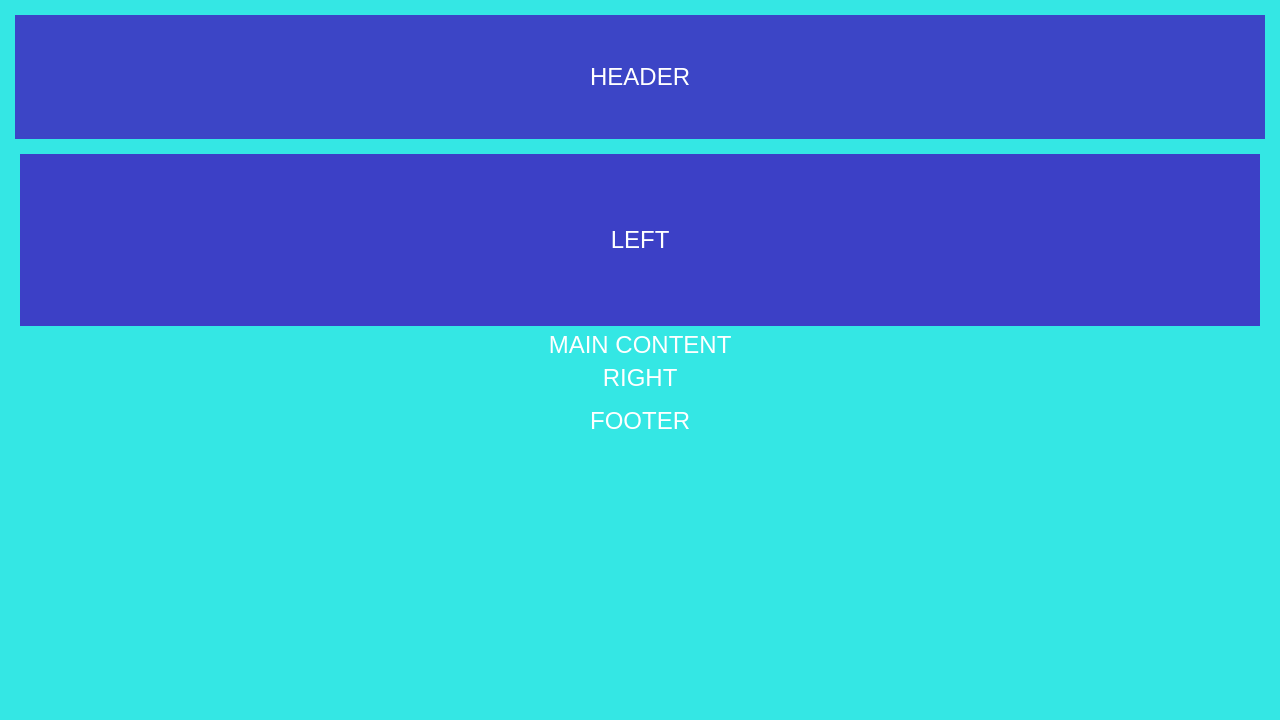
Repository: Badynko/tennis-website
Page: index.html
An editor plug-in stored every save of this project. The page is shown before and after the next save, followed by the edit.
The browser window is 1280 px wide. The pictures show the whole page.

Above is the page before, as saved 2024-08-01 19:06:24.

### index.html
<!DOCTYPE html>
<html lang="en">
  <head>
    <meta charset="UTF-8" />
    <meta name="viewport" content="width=device-width, initial-scale=1.0" />
    <title>Výsledky zápasov 2024</title>
    <link rel="stylesheet" href="css/style.css" />
  </head>
  <body>
    <header>HEADER</header>
    <div class="main">
      <aside class="left">LEFT</aside>
      <main>MAIN CONTENT</main>
      <aside class="right">RIGHT</aside>
    </div>
    <footer>FOOTER</footer>
  </body>
</html>

### css/style.css
* {
  margin: 5px;
  box-sizing: border-box;
}

body {
  background: #34e7e4;
  font-family: sans-serif;
  text-align: center;
  color: white;
  font-size: 24px;
  display: flex;
  flex-direction: column;
}

header {
  background: #3c45c6;
  padding: 2em 0 2em 0;
}

.left {
  background: #3c40c6;
  padding: 3em 0 3em 0;
}

After the next save:
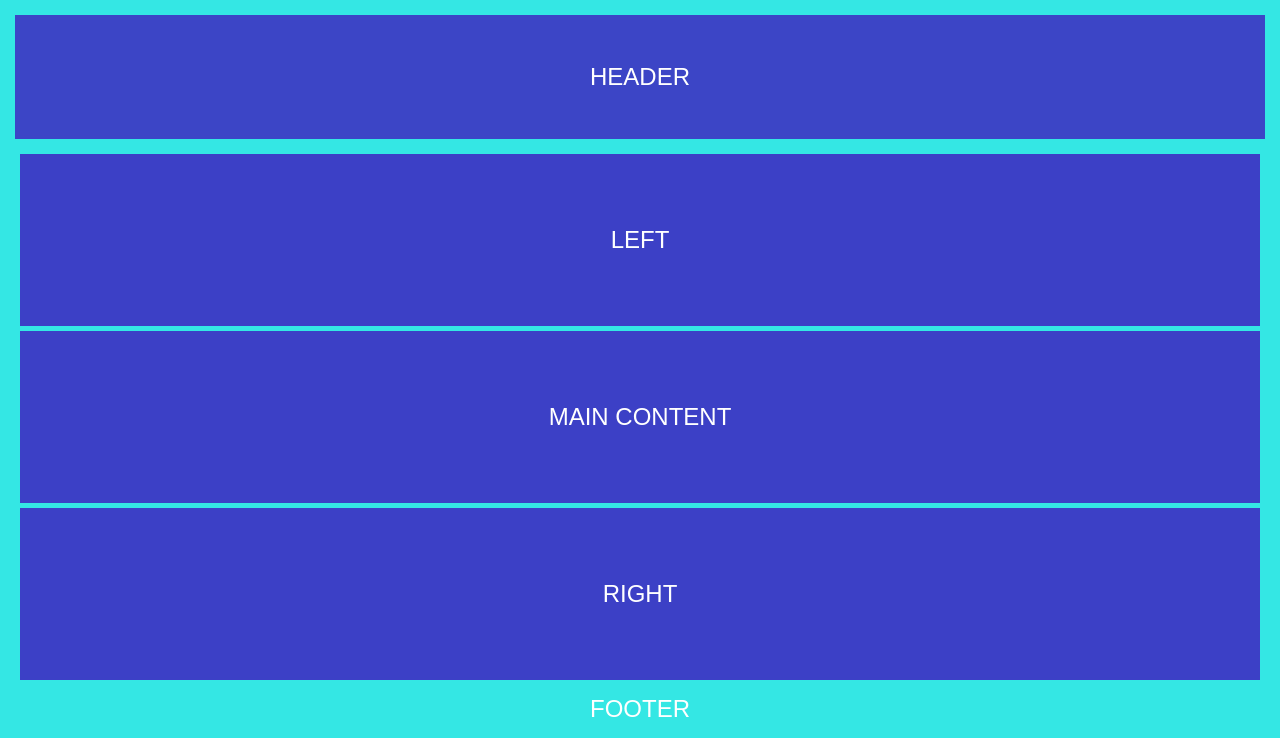
Saved 48 s later.
--- a/css/style.css
+++ b/css/style.css
@@ -22,3 +22,13 @@
   background: #3c40c6;
   padding: 3em 0 3em 0;
 }
+
+main {
+  background: #3c40c6;
+  padding: 3em 0 3em 0;
+}
+
+.right {
+  background: #3c40c6;
+  padding: 3em 0 3em 0;
+}
